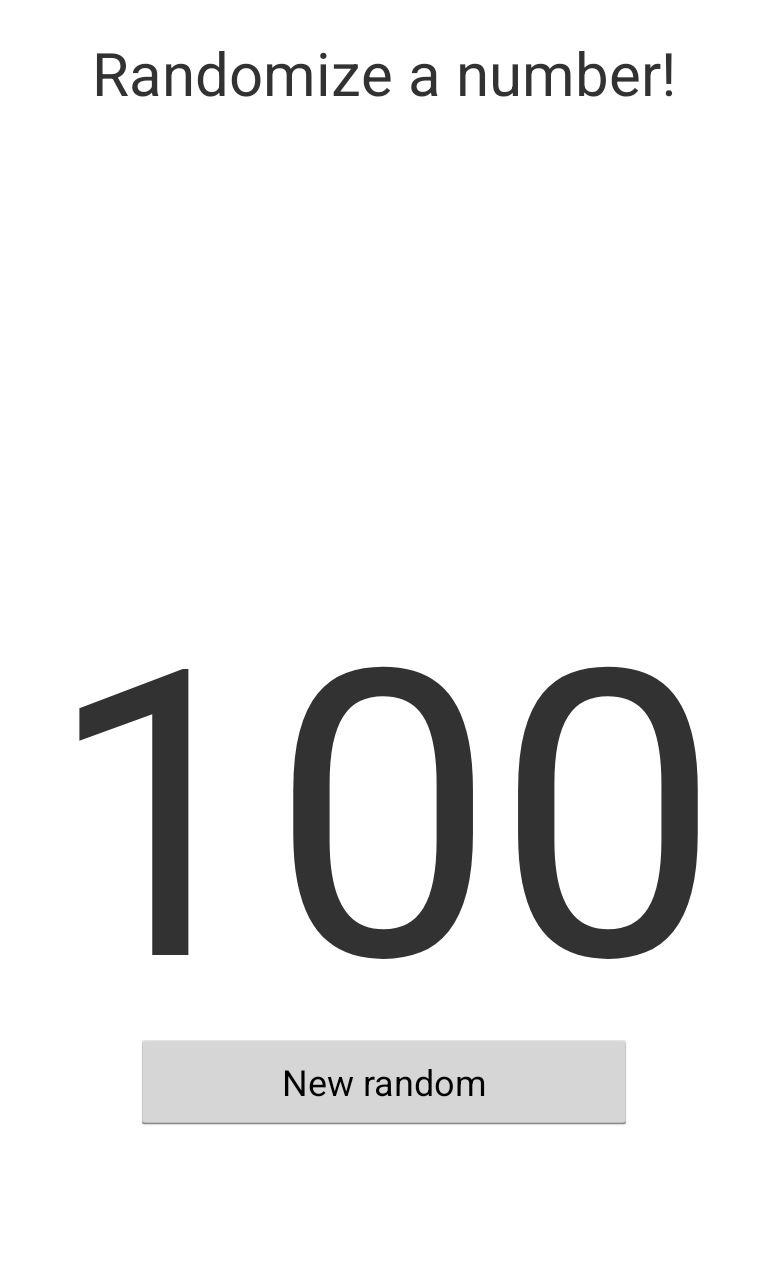
Repository: me222rs/AndroidLab1
Layout: Lab1/res/layout/activity_main.xml
The author's editor kept a copy of each file at every save. The layout is drawn from the files as they stood at one save, then again after the next save.
It is drawn on a 768 x 1280 px phone screen (xhdpi) without system bars, with theme AppTheme; the app's code is not run.

Above is the layout before, as saved 2014-11-14 09:36:23.

### Lab1/res/layout/activity_main.xml
<RelativeLayout xmlns:android="http://schemas.android.com/apk/res/android"
    xmlns:tools="http://schemas.android.com/tools"
    android:layout_width="match_parent"
    android:layout_height="match_parent"
    android:paddingBottom="@dimen/activity_vertical_margin"
    android:paddingLeft="@dimen/activity_horizontal_margin"
    android:paddingRight="@dimen/activity_horizontal_margin"
    android:paddingTop="@dimen/activity_vertical_margin"
    tools:context="com.example.lab1.MainActivity" >

    <TextView


        android:layout_width="wrap_content"
        android:layout_height="wrap_content"
        android:text="Randomize a number!"
        android:textSize="30dp"
        android:layout_centerHorizontal="true"
        />

        <TextView

       	android:id="@+id/randomText"
       	android:layout_marginTop="250dp"
        android:layout_width="wrap_content"
        android:layout_height="wrap_content"
        android:text="100"
        android:textSize="200dp"
        android:layout_centerHorizontal="true"
        />

    <Button
        android:id="@+id/randomizeButton"
        android:layout_centerHorizontal="true"
        android:layout_marginTop="500dp"
    	android:layout_height="50dp"
     	android:layout_width="250dp"
    	android:text="New random"

    />


</RelativeLayout>

Loaded but not shown: Lab1/res/values/styles.xml (common file); Lab1/res/values-v11/styles.xml (common file); Lab1/res/values-v14/styles.xml (common file); Lab1/res/values/dimens.xml (common file); Lab1/res/values-w820dp/dimens.xml (common file)

After the next save:
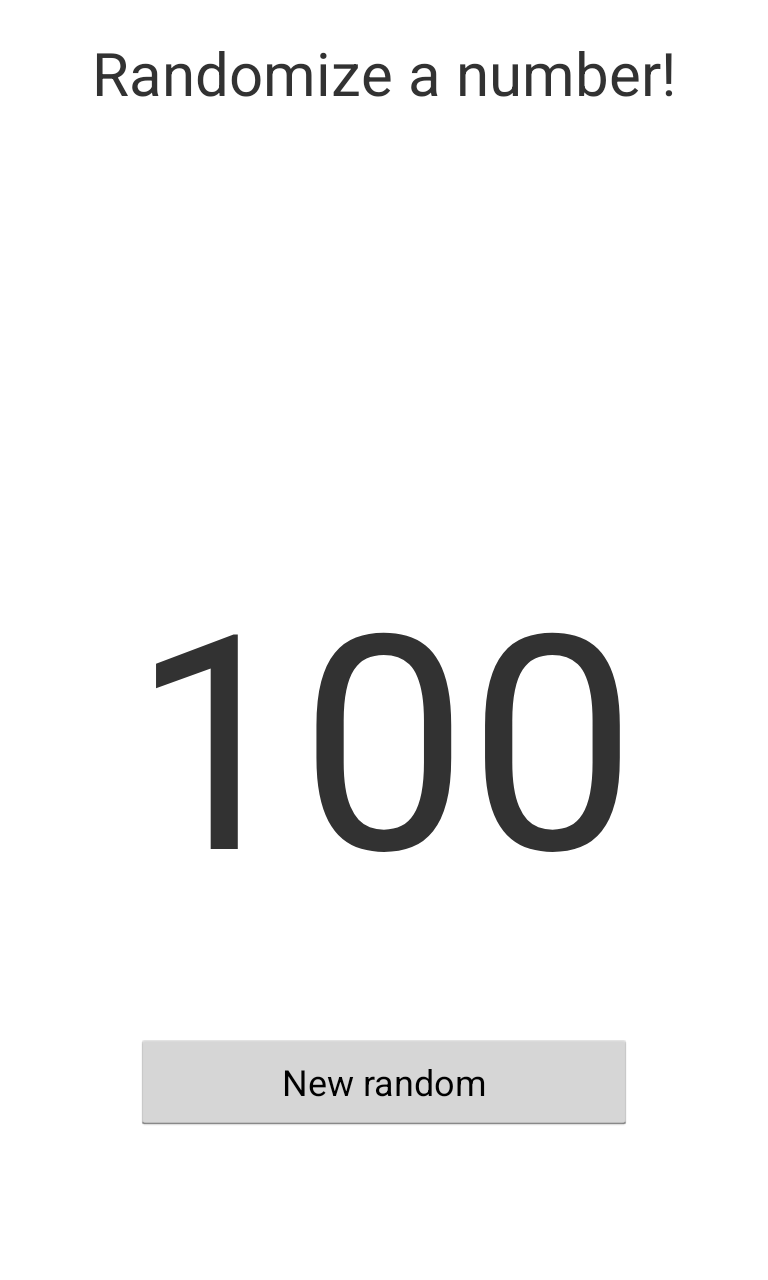
Saved 23 s later.
--- a/Lab1/res/layout/activity_main.xml
+++ b/Lab1/res/layout/activity_main.xml
@@ -25,7 +25,7 @@
         android:layout_width="wrap_content"
         android:layout_height="wrap_content"
         android:text="100"
-        android:textSize="200dp"
+        android:textSize="150dp"
         android:layout_centerHorizontal="true"
         />
 
